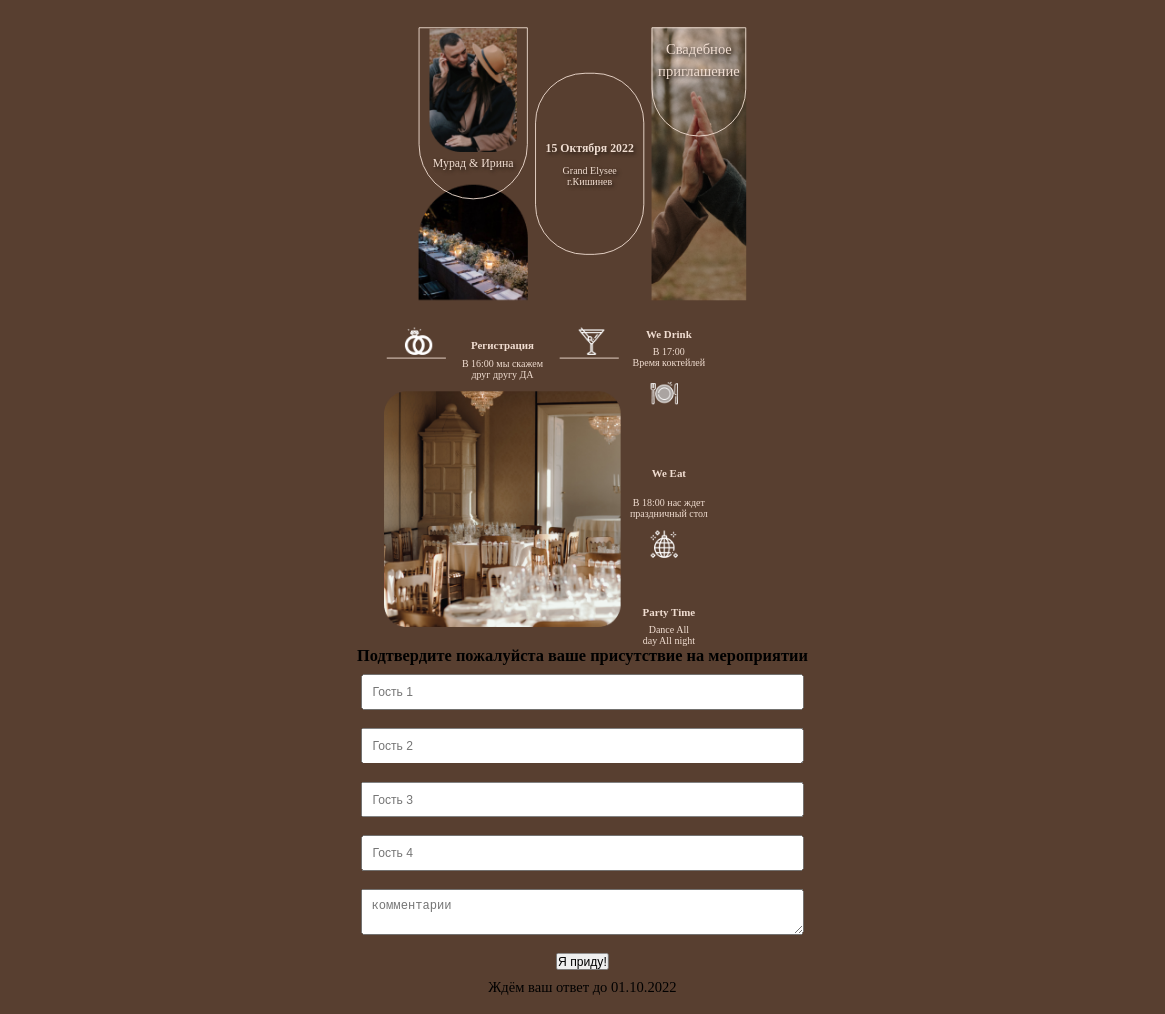
Repository: Anthony8845/wedding_invitation
Page: index.html
An editor plug-in stored every save of this project. The page is shown before and after the next save, followed by the edit.
The browser window is 1280 px wide. The pictures show the whole page, at 91% of full size.

Above is the page before, as saved 2022-07-29 19:49:49.

### index.html
<!DOCTYPE html>
<html lang="en">
<head>
    <meta charset="UTF-8">
    <meta http-equiv="X-UA-Compatible" content="IE=edge">
    <meta name="viewport" content="width=device-width, user-scalable=yes">
    <link rel="stylesheet" href="./style.css">
    <!-- <script src="./script.js"></script> -->
    <title>Приглашение на свадьбу</title>
</head>
<body>

    <div class="invitation">
        <div class="info">
            <div class="info_block">
                <div class="info_border">
                    <div class="info_img-u"></div>
                    <div class="info_name">Мурад & Ирина</div>
                </div>
                <div class="info_img-d"></div>
            </div>
            <div class="info__block">
                <div class="block__data">
                    <div class="info_timer"></div>
                    <div class="info_date">
                        <h4>15 Октября 2022</h4>
                        <p>Grand Elysee <br>
                            г.Кишинев</p>
                    </div>
                </div>
            </div>
            <div class="info__block">
                <div class="info_invitation">Свадебное<br>приглашение</div>
                <div class="info_img-r"></div>
            </div>

        </div>
        <div class="timetable">
            <div class="timetable_block">
                <div class="block_icon">
                    <div class="icon_reg icon"></div>
                    <div class="line_icon-d"></div>
                </div>
                <div class="block_reg">
                    <h4>Регистрация</h4>
                    <p>В 16:00 мы скажем <br> друг другу ДА</p>
                </div>
                <div class="block_icon">
                    <div class="icon_drink icon"></div>
                    <div class="line_icon-d"></div>
                </div>

            </div>
            <div class="timetable_block">
                <div class="img_table"></div>
            </div>
            <div class="timetable_block">
                <div class="block_drink">
                    <h4>We Drink</h4>
                    <p>В 17:00<br> Время коктейлей</p>
                </div>
                <div class="block_icon">
                    <div class="icon_eat icon"></div>
                    <div class="line_icon-l"></div>
                </div>

                <div class="block_eat"></div>
                    <h4>We Eat</h4>
                    <p>В 18:00 нас ждет <br> праздничный стол</p>
                    <div class="block_icon">
                        <div class="icon_party icon"></div>
                        <div class="line_icon-l"></div>
                    </div>

                <div class="block_party">
                    <h4>Party Time</h4>
                    <p>Dance All<br> day All night</p>
                </div>
            </div>
        </div>
        <div class="thanks">
            <div></div>
            <div></div>
            <div></div>
        </div>
        <form class="form"  action="mail.php"  method="POST" >
            <h2 class="form__header">Подтвердите пожалуйста ваше присутствие на мероприятии</h2>
            <input class="form__input_item" type="text" name="Guest1" placeholder="Гость 1">
            <input class="form__input_item" type="text" name="Guest2" placeholder="Гость 2">
            <input class="form__input_item" type="text" name="Guest3" placeholder="Гость 3">
            <input class="form__input_item" type="text" name="Guest4" placeholder="Гость 4">
            <textarea class="form__comment" name="Comment" placeholder="комментарии"></textarea>
            <button class="form__btn">Я приду!</button>
        </form>
        <div class="footer">Ждём ваш ответ до 01.10.2022</div>
    </div>
</body>
</html>

### style.css
* {
    box-sizing: border-box;
    margin: 0;
    padding: 0;
}

body{
    margin: 0 auto;
    padding: 20px 0;
    background-color: rgb(88, 63, 48);
}



.invitation {

    display: flex;
    flex-direction: column;
    align-items: center;
}
.info {
    width: 360px;
    color: rgb(240, 221, 209);
    display: flex;
    justify-content: space-between;
    align-items: center;
    text-align: center;
    text-shadow: 2px 2px 4px rgb(44, 32, 24);
    margin: 10px 3% 30px 3%;
}
.info_block {
    width: 120px;
    height: 300px;

}
.info_border {
    width: 120px;
    position: absolute;
    border: 1px solid rgb(240, 221, 209);
    padding-bottom: 30px;
    border-radius: 0 0 60px 60px;

}
.info_img-u {
    width: 103px;
    height: 136px;
    background: url(./img/IMG_2.png) no-repeat;
    margin-left: auto;
    margin-right: auto;
    width: 6em;
    margin-bottom: 5px;


}
.info_name {
    font-size: 13px;
}
.info_img-d {
    margin-top: 173px;
    width: 120px;
    height: 127px;
    background: url(./img/Image.png) no-repeat;
}

.info_img-r {
    width: 104px;
    height: 300px;
    background: url(./img/IMG_104-300.png);
}

.block__data {
    display: table-cell;
    vertical-align: middle;
    width: 120px;
    height: 200px;
    border: 1px solid rgb(240, 221, 209);
    border-radius: 55px;
}


.info_timer {

}

.info_date {
    font-size: 11px;
}
.info_date h4 {
    font-size: 13px;
    padding-bottom: 10px;
}

.info_invitation{
    width: 104px;
    height: 120px;
    position: absolute;
    border: 1px solid rgb(240, 221, 209);
    border-radius: 0 0 60px 60px;
    padding-top: 10px;
    line-height: 25px;
}

.icon {
    width: 30px;
    height: 30px;
}

.block_icon{
    padding: 0 0 0 23px;
    width: 70px;
    height: 70px;
}

.line_icon-d{
    width: 65px;
    position: relative;
    right: 20px;
    padding-top: 3px;
    border-bottom: 1px solid rgb(240, 221, 209);
}
.line_icon-l{

}

.timetable {
    margin-right: 80px;
    font-size: 11px;
    color: rgb(240, 221, 209);
    max-width: 390px;
    height: 350px;
    display: flex;
    flex-direction: column;
    flex-wrap: wrap;

}
.timetable_block {
    text-align: center;
    max-width: 260px;
    display: flex;
    justify-content: space-between;
}

.timetable_block:last-child {
    margin-left: 10px;
    height: 350px;
    display: flex;
    flex-direction: column;
    /* justify-content: space-between; */
}

.timetable_block h4 {
    font-size: 12px;
    padding-bottom: 5px;
}

.icon_reg {

    background: url(./img/wedding-rings.png) no-repeat ;
    background-size: contain;
}
.block_reg {
   padding-top: 5%;
}
.icon_drink {

    background: url(./img/martini.png) no-repeat;
    background-size: contain;
}
.img_table {
    width: 260px;
    height: 259px;
    background: url(./img/interior.png);
}
.block_drink {
}
.icon_eat {
    background: url(./img/dish.png) no-repeat;
    background-size: contain;
}
.block_eat {
}
.icon_party {
    background: url(./img/mirror-ball.png);
    background-size: contain;
}
.block_party {
}





.form {

    text-align: center;
    margin: 0 10%;

    display: flex;
    flex-direction: column;

}

.form::after {
    content: '';
    position: absolute;
    top: 0;
    left: 0;
    width: 100%;
    height: 100%;
    background: #767676 url(./img/heart.gif) center /50px no-repeat;
    opacity: 0;
    visibility: hidden;
}

.form._sending::after {
    opacity: 0.8;
    visibility: visible;
}


.form__header {
    font-size: 18px;
}

.form__input_item {
    margin: 10px 5px;
    padding: 10px 10px;

}

.form__comment {
    padding: 10px 10px;
    margin: 10px 5px;
    resize: vertical;
    height: 50px;
}

.form__btn {
    margin: 0 auto;
    margin-top: 10px;
    max-width: 70px;
}

.footer {
    margin-top: 10px;
    text-align: center;
}

After the next save:
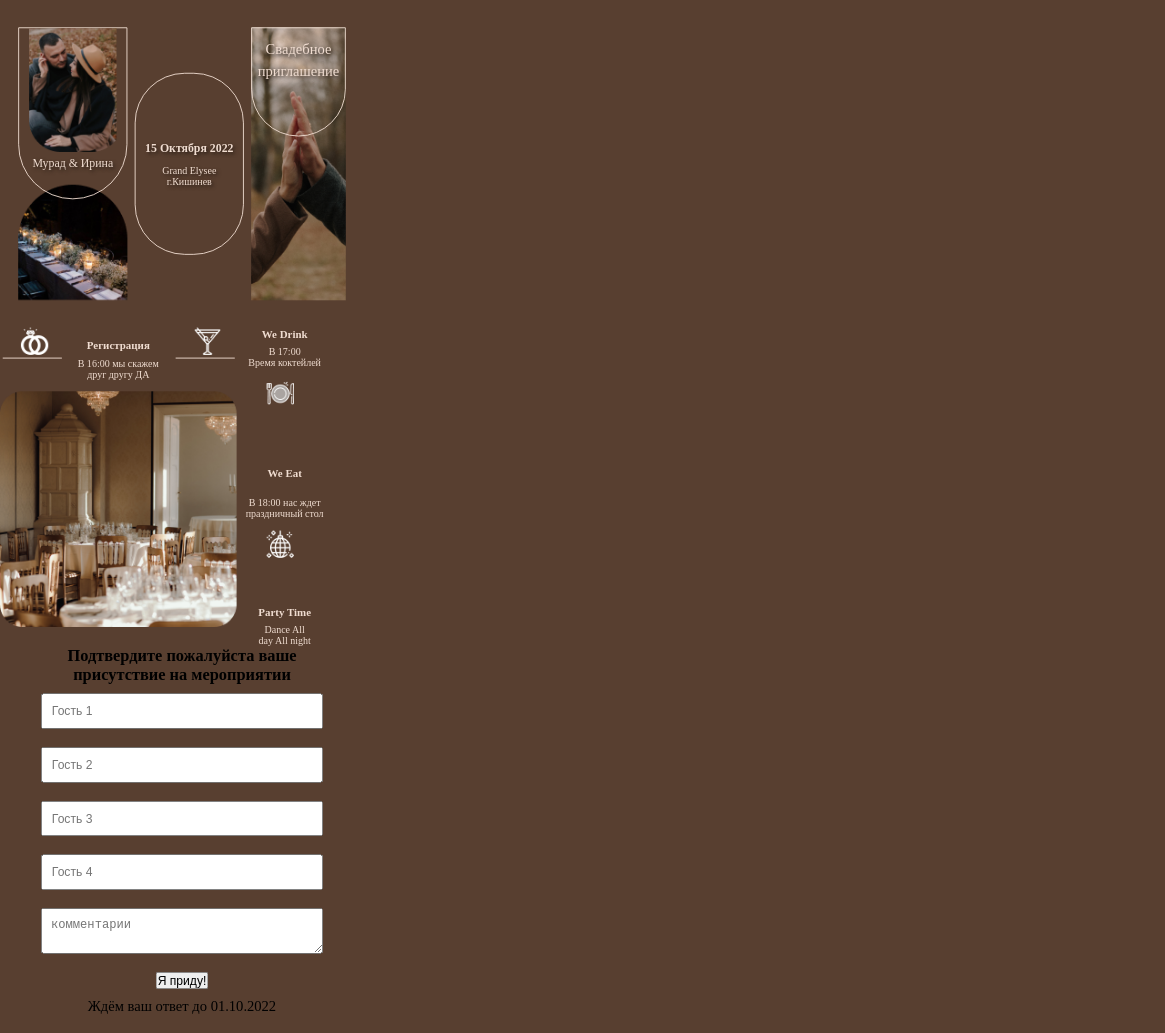
Saved 16 s later.
--- a/style.css
+++ b/style.css
@@ -13,7 +13,7 @@ body{
 
 
 .invitation {
-
+    max-width: 400px;
     display: flex;
     flex-direction: column;
     align-items: center;
